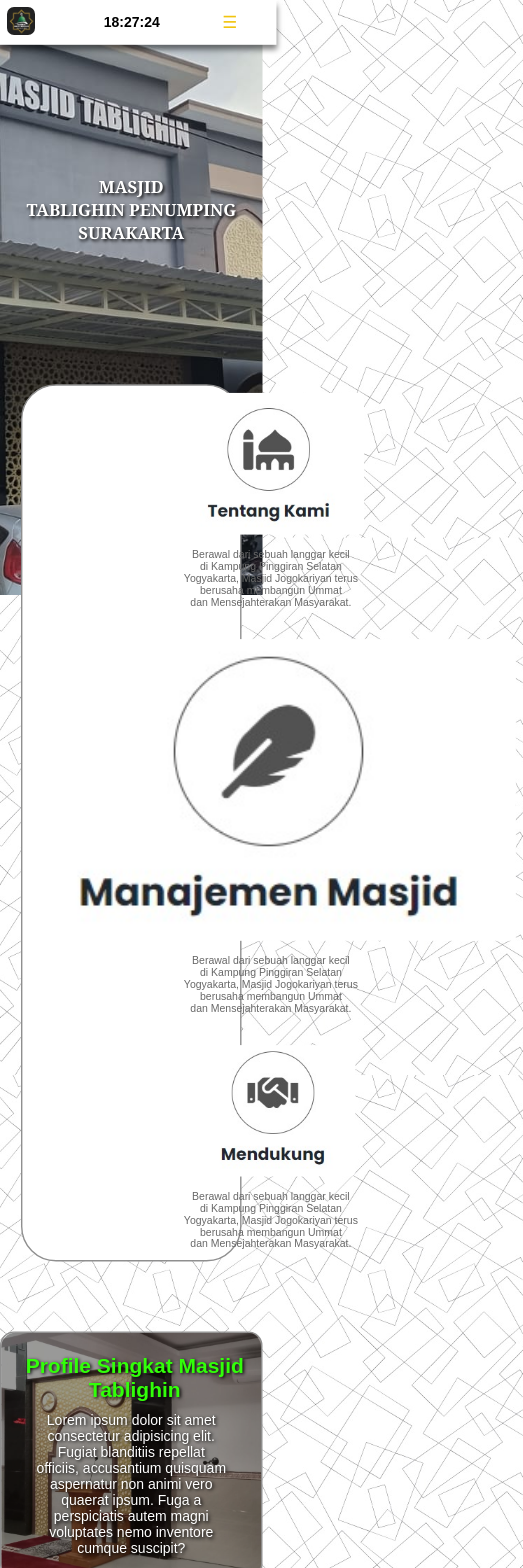
Repository: Mahesa1119/Masjid-Tablighin
Page: index.html
An editor plug-in stored every save of this project. The page is shown before and after a run of saves, followed by the edit.
The browser window is 375 px wide. The page is 747 px wide, then 379 px, so the pictures cover 747 px, including what lies to the right of the window. The pictures show the part of the page from y = 0 to 2240 px (the page is 4675 px tall before and 4356 px after), at 70% of full size.
Backgrounds fixed to the window are drawn as part of the page.

Above is the page before, as saved 2024-11-22 21:23:44.

### index.html
<!DOCTYPE html>
<html lang="id">
<head>
    <meta charset="UTF-8">
    <meta name="viewport" content="width=device-width, initial-scale=1.0">
    <title>Masjid Tablighin Penumping</title>
    <link rel="stylesheet" href="style.css">
</head>
<body class="body-pertama">
    <header class="header">
        <div class="logo">
            <img src="logo.jpg" alt="Masjid Tablighin Logo">
        </div>
            <div class="time" id="clock">00:00:00</div>
            <nav>
                <div class="menu-toggle" id="mobile-menu">
                    <span class="bar"></span>
                    <span class="bar"></span>
                    <span class="bar"></span>
                    <button class="hamburger" id="hamburger">
                            &#9776; <!-- Icon Hamburger -->
                        </button>
                        <ul class="nav-list">
                            <li><a href="#home">Home</a></li>
                            <li><a href="#about">About Us</a></li>
                            <li><a href="#profile">Profile</a></li>
                            <li><a href="#events">Event</a></li>
                            <li><a href="#maps" class="amaps">Maps</a></li>
                        </ul>
                    </nav>
    </header>
    <section href="/data.js"></section>

    <!-- Main Pertama -->
    <main class="main-pertama">
        <section id="home" class="welcome">
            <h1>MASJID <br> TABLIGHIN PENUMPING <br> SURAKARTA</h1>
        </section>
        <section id="about" class="TentangKami">
            <div class="tk ">
                <img src="kami.jpg" class="kami-img">
                <p class="ptk">Berawal dari sebuah langgar kecil <br> di Kampung Pinggiran Selatan <br>
                    Yogyakarta, Masjid Jogokariyan terus <br> berusaha membangun Ummat <br>
                    dan Mensejahterakan Masyarakat.</p>
            </div>
            <div class="tk ">
                <img src="manajemen.jpg" class="manajemen-img">
                <p class="ptk">Berawal dari sebuah langgar kecil <br> di Kampung Pinggiran Selatan <br>
                    Yogyakarta, Masjid Jogokariyan terus <br> berusaha membangun Ummat <br>
                    dan Mensejahterakan Masyarakat.</p>
            </div>
            <div class="tk ">
                <img src="mendukung.jpeg" alt="Mengenal Ruqyah" class="kami-img">
                <p class="ptk">Berawal dari sebuah langgar kecil <br> di Kampung Pinggiran Selatan <br>
                    Yogyakarta, Masjid Jogokariyan terus <br> berusaha membangun Ummat <br>
                    dan Mensejahterakan Masyarakat.</p>
            </div>
        </section>

        <section id="profile">
        <div class="profile">
            <h1 class="profileh1">Profile Singkat Masjid Tablighin</h1>
            <p class="profilep">Lorem ipsum dolor sit amet consectetur adipisicing elit.
                Fugiat blanditiis repellat officiis, accusantium quisquam aspernatur non
                animi vero quaerat ipsum. Fuga a perspiciatis autem magni voluptates nemo
                inventore cumque suscipit?</p>
            </div>
        </section>
            <div id="events" class="text">Event Masjid Tablighin</div>
        <section class="events">
            <div class="event">
                <img src="ruqyah.jpg" alt="Mengenal Ruqyah" class="event-img">
                <h2>Mengenal Ruqyah</h2>
                <p>Mohon kehadiran jamaah rutin untuk kajian keluarga sakinah pada:</p>
                <ul>
                    <li><strong>Hari:</strong> Sabtu</li>
                    <li><strong>Waktu:</strong> 19:00 WIB</li>
                    <li><strong>Lokasi:</strong> Masjid Tablighin, Penumping</li>
                </ul>
                <p><strong>Jazakumullah khairan katsiran.</strong></p>
            </div>

            <div class="event">
                <img src="sakinah.jpg" alt="Sakinah Bersamamu" class="event-img">
                <h2>Sakinah Bersamamu</h2>
                <p>Mohon kehadiran jamaah rutin untuk kajian keluarga sakinah pada:</p>
                <ul>
                    <li><strong>Hari:</strong> Ahad</li>
                    <li><strong>Waktu:</strong> 14:00 WIB</li>
                    <li><strong>Lokasi:</strong> Masjid Tablighin, Penumping</li>
                </ul>
                <p><strong>Jazakumullah khairan katsiran.</strong></p>
            </div>

            <div class="event">
                <img src="keluarga-sakinah.jpg" alt="Membangun Keluarga Sakinah" class="event-img">
                <h2>Membangun Keluarga Sakinah</h2>
                <p>Mohon kehadiran nya dalam kajian rutin Bebertema Membangun Keluarga Sakinah Part 2
                    oleh: Ustadz Moch Ridwanullah S.Pd.I Al Hafidz yang إakan diadakan pada :</p>
                <ul>
                    <li><strong>Hari:</strong> Rabu</li>
                    <li><strong>Waktu:</strong> 19:30 WIB</li>
                    <li><strong>Lokasi:</strong> Masjid Tablighin, Penumping</li>
                </ul>
                <p><strong>Jazakumullah khairan katsiran.</strong></p>
            </div>
        </section>
        <iframe id="maps" src="https://www.google.com/maps/embed?pb=!1m18!1m12!1m3!1d3955.064955974239!2d110.80359767411682!3d-7.567897574744174!2m3
    !1f0!2f0!3f0!3m2!1i1024!2i768!4f13.1!3m3!1m2!1s0x2e7a15004a0ef4bd%3A0x9bd80b4fdfb017e5!2sMASJID%20TABLIGHIN%20PENUMPING!5e0!3m2!1s
    id!2sid!4v1728483765374!5m2!1sid!2sid" width="100%" height="530" style="border:1;" allowfullscreen="" loading="lazy" referrerpolicy="no-referrer-when-downgrade"></iframe>
        <div>
            <table class="schedule-table">
                <thead>
                    <tr>
                        <th>Sholat</th>
                        <th>Waktu</th>
                    </tr>
                </thead>
                <tbody>
                    <tr>
                        <td>Imsak</td>
                        <td>03.39</td>
                    </tr>
                    <tr>
                        <td>Subuh</td>
                        <td>03.49</td>
                    </tr>
                    <tr>
                        <td>Terbit</td>
                        <td>05.05</td>
                    </tr>
                    <tr>
                        <td>Dzuhur</td>
                        <td>11.24</td>
                    </tr>
                    <tr>
                        <td>Ashar</td>
                        <td>14.41</td>
                    </tr>
                    <tr>
                        <td>Magrib</td>
                        <td>17.36</td>
                    </tr>
                    <tr>
                        <td>Isya</td>
                        <td>18.48</td>
                    </tr>
                </tbody>
            </table>
        </div>

    </main>

    <!-- JavaScript untuk menampilkan waktu -->
    <script>
        function updateClock() {
    const clockElement = document.getElementById('clock');
    const now = new Date();

    // Mendapatkan jam, menit, dan detik
    let hours = now.getHours();
    let minutes = now.getMinutes();
    let seconds = now.getSeconds();

    // Menambahkan 0 di depan angka jika kurang dari 10
    hours = hours < 10 ? '0' + hours : hours;
    minutes = minutes < 10 ? '0' + minutes : minutes;
    seconds = seconds < 10 ? '0' + seconds : seconds;

    // Format waktu yang akan ditampilkan
    const timeString = `${hours}:${minutes}:${seconds}`;

    // Memperbarui elemen HTML dengan waktu sekarang
    clockElement.textContent = timeString;
}


        // Memperbarui jam setiap detik
        setInterval(updateClock, 1000);

        // Memanggil fungsi pertama kali agar langsung menampilkan waktu tanpa menunggu interval pertama
        updateClock();

        function toggleMenu() {
            const menuIcon = document.getElementById("menu-icon");
const menuList = document.getElementById("menu-list");

menuIcon.addEventListener("click", () => {
    menuList.classList.toggle("hidden");
})
    }
    </script>
</body>
</html>

### style.css
/* General Styling */
.body-pertama{
    display: flex;
    font-family: Arial, sans-serif;
    margin: 0;
    padding: 0;
    background-image: url('wa1.jpg');
    box-sizing: border-box;
    height: 100%;
    width: 100%;
}

.header{
    display: flex;
    position: fixed;
    background-color: #ffffff;
    width: 100%;
    height: 5%;
    top: 0;
    left: 0;
    z-index: 1000;
    padding: 20px;
    box-shadow: 0 7px 8px rgba(0, 0, 0, 0.5);
}

.amaps {
    margin-right: 30px;
}

.logo img {
    max-width: 80%;
    border-radius: 10px;
}

.hamburger {
    display: none;
    border: none;
    background: transparent;
    cursor: pointer;
    font-size: 24px;
    color: #f1c40f;
    z-index: 11;
}

.nav-list {
    margin-top: 7px;
    text-decoration: none;
    display: flex;
    list-style: none;
}

.nav-list li {
    margin: 0 20px;
}

.nav-list li a {
    font-weight: bold;
    color: #f1c40f;
    text-decoration: none;
    transition: color 0.2s;
}

.nav-list li a:hover {
    color: rgb(43, 255, 0);
}

.time {
    font-size: 20px;
    font-weight: bold;
    justify-content: center;
    align-items: center;
}

/* Main Pertama */
.main-pertama {
    background-image: url('mstablighin.jpg');
    background-attachment: fixed;
    background-size: cover;
    background-position: center;
    background-repeat: no-repeat;
    text-align: center;
    padding-bottom: 50px;
    height: 100vh;
    width: 100%;
}

.welcome h1 {
    font-size: 50px;
    color: #ffffff;
    text-align: center;
    padding-top: 240px;
    font-family: Cambria, Cochin, Georgia, Times, 'Times New Roman', serif;
    text-shadow: 2px 2px 5px rgba(0, 0, 0, 1);
    width: 100%;
    height: auto;
}

header {
    display: flex;
    justify-content: space-between;
    align-items: center;
    padding: 10px;
}

.text-background {
    background-color: #008000;
    color: white;
    padding: 5px;
    border-radius: 5px;
}

header .event p{
    text-align: center;
    font-size: 14px
    padding 10px;
}

header {
    text-align: center;

}

h1 {
    margin: 0;
    font-size: 36px;
}

.TentangKami{
    display: grid;
    grid-template-columns: repeat(auto-fit, minmax(300px, 1fr));
    gap: 20px;
    margin: 150px 100px 100px 100px;
    background-color:#ffffff;
    border-radius: 50px;
    border: 2px solid #8f8f8f;
}

.tk{
    border-radius: 8px;
    padding: 10px 10px 5px 5px;
    text-align: center;
}

.kami-img{
    max-width: 50%;
    border-radius: 8px;
}

.ptk{
    margin-top: 5px;
    text-align: center;
    color: #686868;
    font-size: 15px;
}

.manajemen-img{
    height: auto;
    width: auto;
}

/* Main Kedua */
.main-kedua{
    margin-top: 15%;
    padding: 40px 20px;
    padding: 20px;
}

.profile {
    position: relative;
    margin-top: 100px;
    background-image: url('bgimam.jpg');
    background-attachment: fixed;
    background-size: cover;
    background-position: center;
    background-repeat: no-repeat;
    padding: 20px;
    border: 2px solid #8f8f8f;
    border-radius: 20px;
}

.profile::before {
    content: "";
    position: absolute;
    top: 0;
    left: 0;
    width: 100%;
    height: 100%;
    background-color: rgba(0, 0, 0, 0.4);
    border-radius: 20px;
    z-index: 1;
}

.profile * {
    position: relative;
    z-index: 2;
}

.profileh1 {
    color:#32ff09;
    text-align: center;
    font-size: 30px;
    margin-left: 10px;
    margin-top: 10px;
    text-shadow: 2px 2px 5px rgba(0, 0, 0, 1);
}

.profilep {
    color:#ffffff;
    margin-top: 5px;
    text-align: center;
    font-size: 30px;
    text-shadow: 2px 2px 5px rgba(0, 0, 0, 1);
}

.text{
    display: flex;
    justify-content: center;
    text-align: center;
    align-items: center;
    background-color:#ffffff;
    border-radius: 20px;
    color: #000000;
    font-size: 20px;
    font-weight: bold;
    width: auto;
    padding: 20px;
    border: 2px solid #000000;
    font-family: 'Times New Roman', Times, serif;
}

.events {
    justify-content: center;
    background-color: #ffffff;
    background-attachment: fixed;
    background-size: cover;
    background-position: center;
    background-repeat: no-repeat;
    text-align: center;
    display: grid;
    grid-template-columns: repeat(auto-fit, minmax(300px, 1fr));
    gap: 20px;
    margin: 0 100px 100px 100px;
    border: 2px solid #8f8f8f;
    padding: 30px;
    border-radius:50px;
    font-family: 'Gill Sans', 'Gill Sans MT', Calibri, 'Trebuchet MS', sans-serif;
}

.event {
    border-radius: 8px;
    padding: 10px 10px 5px 5px;
    text-align: center;

}

.event-img {
    max-width: 50%;
    border-radius: 8px;
}

h2 {
    margin-top: 10px;
    font-size: 24px;
    color: #26ff09;
}

p, ul {
    padding: 10px;
    text-align: center;
    color: #222222;
}

ul {
    list-style: none;
    padding: 0;
}

ul li {
    margin: 5px 0;
}

ul li strong {
    color: #494949;
}

footer {
    text-align: center;
    padding: 10px;
    background-color: #008000;
    color: white;
    margin-top: 40px;
}

.schedule-table {
    margin-top: 200px;
    width: 100%;
    border-collapse: collapse;
    margin-top: 20px;
    font-family: Arial, sans-serif;
}

.schedule-table th, .schedule-table td {
    padding: 12px;
    text-align: center;
    border: 1px solid #8f8f8f;
}

.schedule-table th {
    background-color: #333333;
    color: white;
    font-weight: bold;
}

.schedule-table tbody {
    background-color: #ffffff;
}

.schedule-table tr:hover {
    background-color: rgba(0, 0, 0, 0.1);
}

.maps{
    text-align: center;
    margin-bottom: 20px;
}

.body-profile {
    font-family: Arial, sans-serif;
    margin: 0;
    padding: 0;
    background-color: #ffffff;
    text-align: center;
    width: 100%;
    box-sizing: border-box;
}

.header-profile{
    position: fixed;
    background-color: #ffffff;
    width: 100%;
    height: 5%;
    top: 0;
    left: 0;
    z-index: 1000;
    padding: 20px;
    box-shadow: 0 4px 8px rgba(0, 0, 0, 0.2);
}

header .logo img {
    width: 60px;
}

header .prayer-times {
    text-align: center;
    font-size: 17px;
    color: #000000;
    font-family: sans-serif;
}

.prayer-times .time {
    font-size: 24px;
    font-weight: bold;
    color: #000000;
}

.prayer-times .jamsholat{
    color: #000000;
    font-weight: bold;
    font-family: sans-serif;
}

.main-profile {
    background-image: url('mstablighin.jpg');
    background-attachment: fixed;
    background-size: cover;
    background-position: center;
    background-repeat: no-repeat;
    text-align: center;
    height: 100vh;
    width: 100%;
}

.profile-info h1m1 {
    padding-top: 20px;
    font-size: 32px;
    margin-bottom: 20px;
    color: #000000;
}

.span1{
    font-size: 25px;
    text-align: justify;
    font-weight: bold;
    margin-bottom: 10px;
}
.h1m2{
    font-size: 18px;
    text-align: justify;
    margin-top: 5px;
    margin-bottom: 50px;
    font-family: serif;
}

/* Styling untuk HP (ukuran layar kecil) */
@media screen and (max-width: 600px) {
    .header {
        display: flex;
        width: 100%;
        height: auto;
        padding: 10px;
        flex-wrap: wrap;
    }

    .time {
        margin-left: 15px;
        justify-content: center;
    }

    .amaps {
        margin-right: 0;
    }

    .menu-toggle {
        display: flex;
        flex-direction: column;
        justify-content: space-between;
        cursor: pointer;
    }

    .hamburger {
        margin-right: 40px;
        display: flex;
        font-weight: lighter;
    }

    .menu-toggle .bar {
        display: block;
        background-color: transparent;
    }

    .nav-list {
        display: none;
        flex-direction: column;
        align-items: end;
        position: absolute;
        top: 50px;
        right: 0;
        background-color: transparent;
        width: 100%;
        padding-top: 0 ;
        padding-right: 20px;
        z-index: 10;
    }

    .nav-list.active {
        display: flex; /* Ditampilkan saat tombol hamburger diklik */
    }

    .nav-list li {
        margin: 10px 0;
        text-align: center;
    }

    .nav-list li a {
        font-size: 16px;
    }

    .logo img {
        max-width: 40px;;
    }

    .welcome h1 {
        font-size: 24px;
        padding-top: 250px;
        margin-bottom: 200px;
        justify-content: center;
        align-items:center
    }

    .textmasjid {
        margin: 0 20px;
        padding: 10px;
    }

    .TentangKami {
        margin: 20px 10px;
        grid-template-columns: 1fr;
        margin: 0 30px 0 30px;
    }

    .manajemen-img {
        width: 700px;
    }

    .kami-img, .event-img {
        max-width: 100%;
    }

    .profile {
        margin-top: 100px;
    }

    .profilep {
        font-size: 20px;
    }

    .events {
        margin: 20px;
        padding: 20px;
    }

    .event-img {
        max-width: 50%;
        border-radius: 8px;
    }

    h2 {
        margin-top: 10px;
        padding: 0 10px 0 10px;
        font-size: 20px;
        color: #26ff09;
    }

    p, ul {
        margin: 0 20px 0 20px;
        text-align: center;
        color: #222222;
        font-size: 14px
    }

    ul {
        list-style: none;
        padding: 0;
    }

    ul li {
        margin: 5px 0;
    }

    ul li strong {
        color: #494949;
    }

    footer {
        text-align: center;
        padding: 10px;
        background-color: #008000;
        color: white;
        margin-top: 40px;
    }

    .text {
        font-size: 24px;
        margin: 20px 0;
    }

    footer {
        font-size: 14px;
        padding: 10px;
    }
}

/* Styling untuk Tablet dan Laptop (ukuran layar sedang) */
@media screen and (min-width: 601px) and (max-width: 1024px) {
    .header-pertama {
        padding: 15px;
    }

    .welcome h1 {
        font-size: 36px;
        padding-top: 180px;
    }

    .textmasjid {
        margin: 0 100px;
        padding: 20px;
    }

    .TentangKami {
        margin: 50px 50px;
        grid-template-columns: 1fr 1fr;
    }

    .kami-img, .event-img {
        max-width: 75%;
    }


    .events {
        margin: 50px;
        padding: 30px;
    }

    .text {
        font-size: 32px;
        margin: 30px 0;
    }

    footer {
        font-size: 16px;
        padding: 15px;
    }
}

/* Styling untuk Laptop dan PC (ukuran layar besar) */
@media screen and (min-width: 1025px) {
    .header-pertama {
        padding: 20px;
    }

    .welcome h1 {
        font-size: 50px;
        padding-top: 240px;
    }

    .textmasjid {
        margin: 0 500px;
        padding: 30px;
    }

    .TentangKami {
        margin: 150px 100px;
        grid-template-columns: repeat(auto-fit, minmax(300px, 1fr));
    }

    .kami-img, .event-img {
        max-width: 50%;
    }

    .events {
        margin: 100px;
        padding: 30px;
    }

    .text {
        font-size: 40px;
        margin: 50px 0;
    }

    footer {
        font-size: 18px;
        padding: 20px;
    }
}

After the next 2 saves:
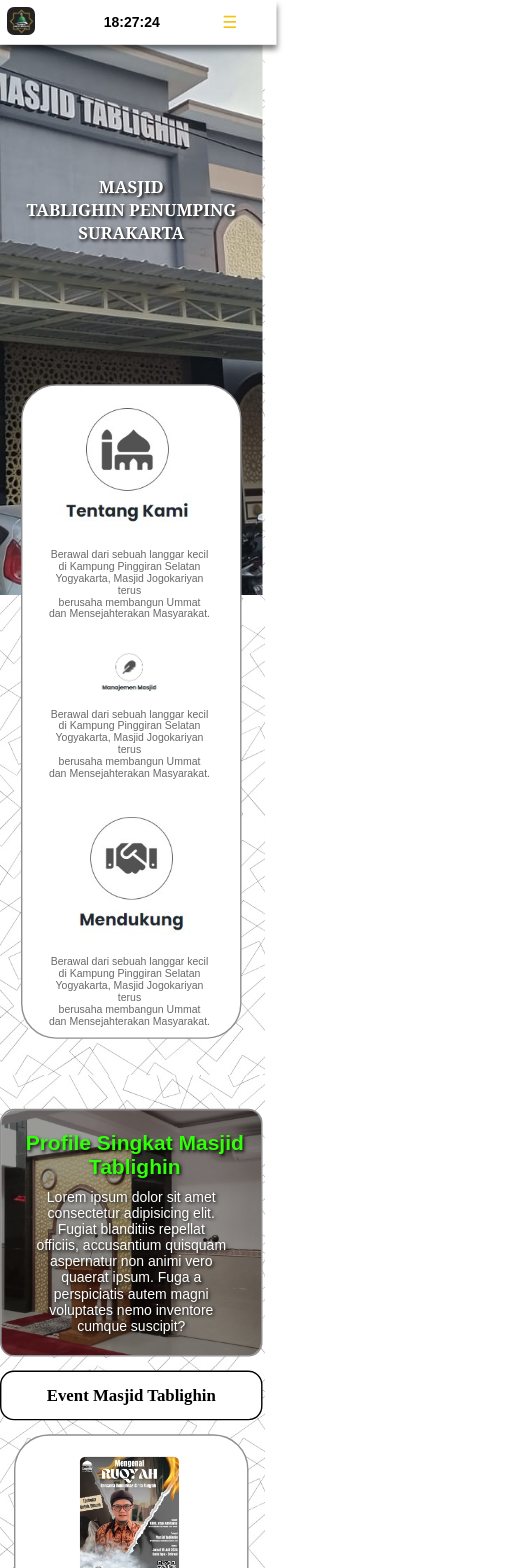
The 2 saves are shown as one change because they came seconds apart.
The last was saved 7 s later.
--- a/style.css
+++ b/style.css
@@ -489,7 +489,7 @@
     }
 
     .manajemen-img {
-        width: 700px;
+        width: 100px;
     }
 
     .kami-img, .event-img {
